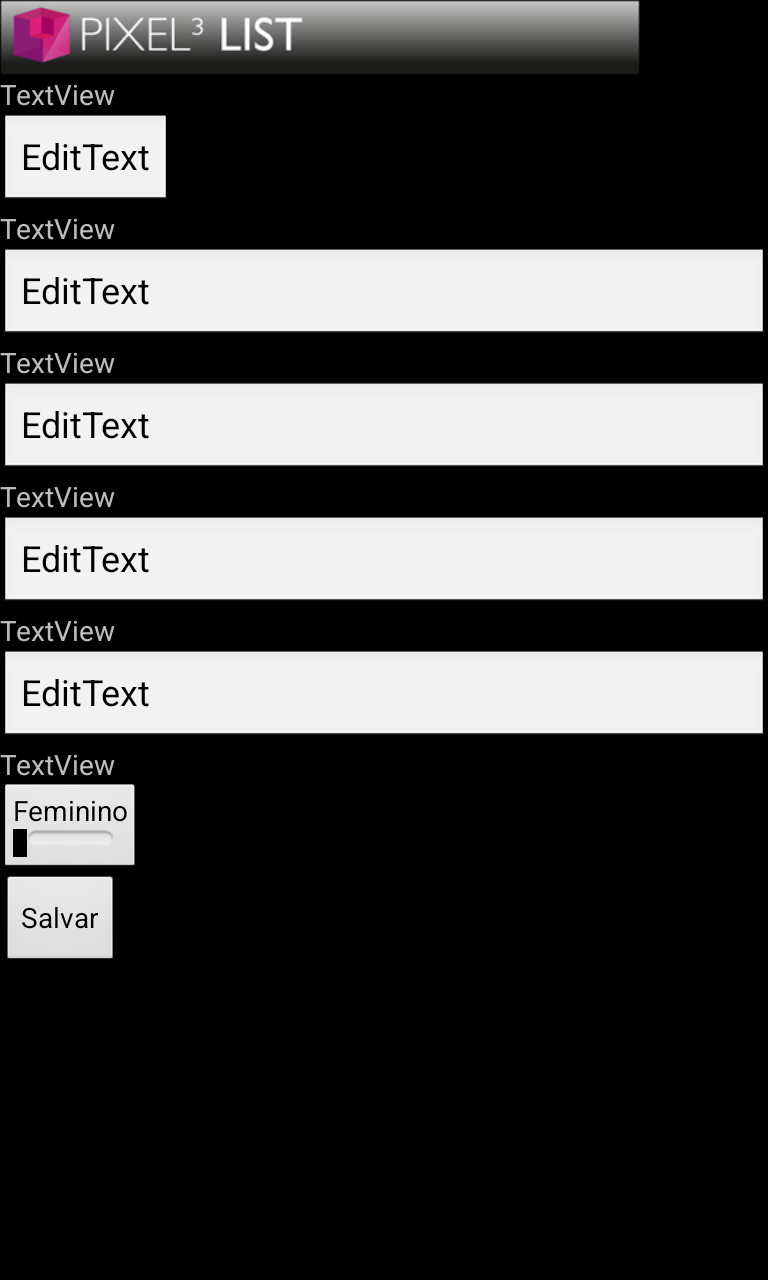
Repository: pixel3mobi/listaDigital
Layout: Pixel3List/res/layout/meusdados.xml
These files come from the project's save history. The layout is drawn as it stood at one moment and after the next save; the edit follows.
It is drawn on a 768 x 1280 px phone screen (xhdpi) without system bars, with theme android:Theme; the app's code is not run.

Above is the layout before, as saved 2011-03-22 10:37:07.

### Pixel3List/res/layout/meusdados.xml
<?xml version="1.0" encoding="utf-8"?>
<RelativeLayout
	xmlns:android="http://schemas.android.com/apk/res/android"
	android:layout_width="fill_parent"
	android:layout_height="fill_parent">
	<ImageView
		android:src="@drawable/cabecalho"
		android:id="@+id/imageView1"
		android:layout_width="wrap_content"
		android:layout_height="wrap_content"
		android:layout_alignParentTop="true">
	</ImageView>
	<ScrollView
		android:layout_below="@+id/imageView1"
		android:layout_alignLeft="@+id/imageView1"
		android:layout_width="fill_parent"
		android:layout_height="fill_parent">
		<LinearLayout
			android:orientation="vertical"
			android:id="@+id/linearLayout1"
			android:layout_width="fill_parent"
			android:layout_height="wrap_content">
			<TextView
				android:text="TextView"
				android:id="@+id/textView1"
				android:layout_width="wrap_content"
				android:layout_height="wrap_content">
			</TextView>
			<EditText
				android:layout_height="wrap_content"
				android:text="EditText"
				android:id="@+id/editText1"
				android:layout_width="wrap_content">
			</EditText>
			<TextView
				android:text="TextView"
				android:id="@+id/textView2"
				android:layout_width="wrap_content"
				android:layout_height="wrap_content">
			</TextView>
			<EditText
				android:layout_height="wrap_content"
				android:text="EditText"
				android:id="@+id/editText2"
				android:layout_width="fill_parent">
			</EditText>
			<TextView
				android:text="TextView"
				android:id="@+id/textView3"
				android:layout_width="wrap_content"
				android:layout_height="wrap_content">
			</TextView>
			<EditText
				android:layout_height="wrap_content"
				android:text="EditText"
				android:id="@+id/editText3"
				android:layout_width="fill_parent">
			</EditText>
			<TextView
				android:text="TextView"
				android:id="@+id/textView4"
				android:layout_width="wrap_content"
				android:layout_height="wrap_content">
			</TextView>
			<EditText
				android:layout_height="wrap_content"
				android:text="EditText"
				android:id="@+id/editText4"
				android:layout_width="fill_parent">
			</EditText>
			<TextView
				android:text="TextView"
				android:id="@+id/textView5"
				android:layout_width="wrap_content"
				android:layout_height="wrap_content">
			</TextView>
			<EditText
				android:layout_height="wrap_content" android:text="EditText"
				android:id="@+id/editText5"
				android:layout_width="fill_parent">
			</EditText>
			<TextView
				android:text="TextView"
				android:id="@+id/textView7"
				android:layout_width="wrap_content"
				android:layout_height="wrap_content">
			</TextView>
			<ToggleButton
				android:textOn="Masculino"
				android:textOff="Feminino"
				android:id="@+id/toggleButton1"
				android:layout_width="wrap_content"
				android:layout_height="wrap_content">
			</ToggleButton>
			<Button
				android:text="Salvar"
				android:id="@+id/btnSalvar"
				android:layout_width="wrap_content"
				android:layout_height="wrap_content">
			</Button>
		</LinearLayout>
	</ScrollView>
</RelativeLayout>

After the next save:
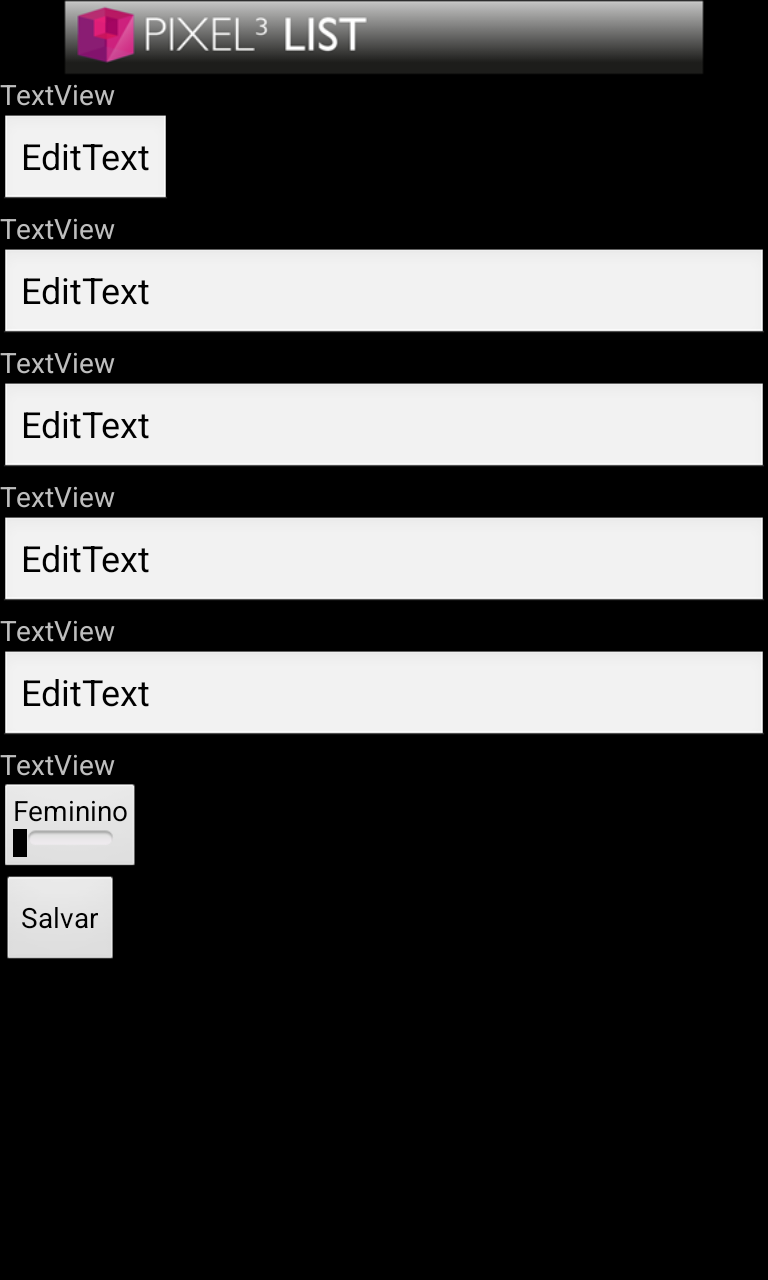
Saved 43 s later.
--- a/Pixel3List/res/layout/meusdados.xml
+++ b/Pixel3List/res/layout/meusdados.xml
@@ -5,21 +5,21 @@
 	android:layout_height="fill_parent">
 	<ImageView
 		android:src="@drawable/cabecalho"
-		android:id="@+id/imageView1"
-		android:layout_width="wrap_content"
+		android:id="@+id/cabecalho"
+		android:layout_width="fill_parent"
 		android:layout_height="wrap_content"
 		android:layout_alignParentTop="true">
 	</ImageView>
 	<ScrollView
-		android:layout_below="@+id/imageView1"
-		android:layout_alignLeft="@+id/imageView1"
+		android:layout_below="@+id/cabecalho"
+		android:layout_alignLeft="@+id/cabecalho"
 		android:layout_width="fill_parent"
 		android:layout_height="fill_parent">
 		<LinearLayout
 			android:orientation="vertical"
 			android:id="@+id/linearLayout1"
 			android:layout_width="fill_parent"
-			android:layout_height="wrap_content">
+			android:layout_height="fill_parent">
 			<TextView
 				android:text="TextView"
 				android:id="@+id/textView1"
